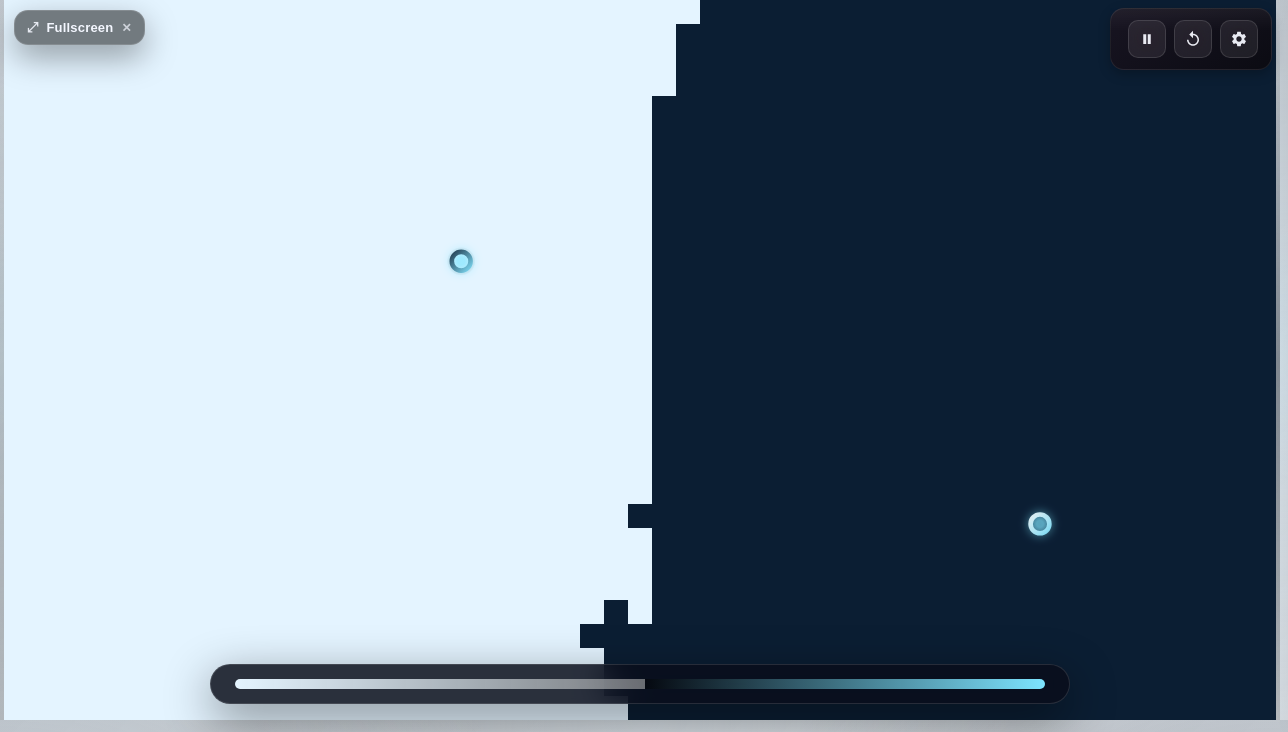
Repository: trevor050/pong
Page: index.html
The author's editor kept a copy of each file at every save. The page is drawn from the files as they stood at one save, then again after the next save.
The browser window is 1280 px wide. The page is 1288 px wide, so the pictures cover 1288 px, including what lies to the right of the window. The pictures show the whole page.

Above is the page before, as saved 2025-12-07 02:03:23.

### index.html
<!DOCTYPE html>
<html lang="en">
<head>
  <meta charset="UTF-8">
  <meta name="viewport" content="width=device-width, initial-scale=1.0">
  <title>Day / Nite Drift</title>
  <meta name="description" content="A calmer Pong Wars loop made for second screens.">
  <meta name="theme-color" content="#0b3a67">
  <meta name="mobile-web-app-capable" content="yes">
  <meta name="apple-mobile-web-app-capable" content="yes">
  <link rel="preconnect" href="https://fonts.googleapis.com">
  <link rel="preconnect" href="https://fonts.gstatic.com" crossorigin>
  <link href="https://fonts.googleapis.com/css2?family=Space+Grotesk:wght@400;500;600&family=Manrope:wght@400;600&display=swap" rel="stylesheet">
  <link rel="stylesheet" href="styles.css">
</head>
<body>
  <div class="bg"></div>
  <div class="chrome-controls" id="chromeControls">
    <button id="playPauseBtn" class="glass-icon" data-state="playing" aria-label="Pause" title="Pause">
      <svg class="icon-svg icon-play" viewBox="0 0 24 24" aria-hidden="true"><path d="M7 5.5v13l11-6.5L7 5.5Z" /></svg>
      <svg class="icon-svg icon-pause" viewBox="0 0 24 24" aria-hidden="true"><path d="M7 5.5h4v13H7zm6 0h4v13h-4z" /></svg>
    </button>
    <button id="resetBtn" class="glass-icon" aria-label="Reset simulation" title="Reset simulation">
      <svg class="icon-svg" viewBox="0 0 24 24" aria-hidden="true"><path d="M12 5V1L7 6l5 5V7c3.31 0 6 2.69 6 6s-2.69 6-6 6-6-2.69-6-6H4c0 4.42 3.58 8 8 8s8-3.58 8-8-3.58-8-8-8z"/></svg>
    </button>
    <button id="configBtn" class="glass-icon" aria-label="Open settings" title="Settings">
      <svg class="icon-svg" viewBox="0 0 24 24" fill="currentColor" aria-hidden="true"><path d="M19.14,12.94c0.04-0.3,0.06-0.61,0.06-0.94c0-0.32-0.02-0.64-0.07-0.94l2.03-1.58c0.18-0.14,0.23-0.41,0.12-0.61 l-1.92-3.32c-0.12-0.22-0.37-0.29-0.59-0.22l-2.39,0.96c-0.5-0.38-1.03-0.7-1.62-0.94L14.4,2.81c-0.04-0.24-0.24-0.41-0.48-0.41 h-3.84c-0.24,0-0.43,0.17-0.47,0.41L9.25,5.35C8.66,5.59,8.12,5.92,7.63,6.29L5.24,5.33c-0.22-0.08-0.47,0-0.59,0.22L2.74,8.87 C2.62,9.08,2.66,9.34,2.86,9.48l2.03,1.58C4.84,11.36,4.8,11.69,4.8,12s0.02,0.64,0.07,0.94l-2.03,1.58 c-0.18,0.14-0.23,0.41-0.12,0.61l1.92,3.32c0.12,0.22,0.37,0.29,0.59,0.22l2.39-0.96c0.5,0.38,1.03,0.7,1.62,0.94l0.36,2.54 c0.05,0.24,0.24,0.41,0.48,0.41h3.84c0.24,0,0.44-0.17,0.47-0.41l0.36-2.54c0.59-0.24,1.13-0.56,1.62-0.94l2.39,0.96 c0.22,0.08,0.47,0,0.59-0.22l1.92-3.32c0.12-0.22,0.07-0.47-0.12-0.61L19.14,12.94z M12,15.6c-1.98,0-3.6-1.62-3.6-3.6 s1.62-3.6,3.6-3.6s3.6,1.62,3.6,3.6S13.98,15.6,12,15.6z"/></svg>
    </button>
  </div>
  <main class="shell">
    <div class="canvas-frame" id="canvasFrame">
      <canvas id="gameCanvas" width="720" height="720"></canvas>
      <button class="fullscreen-hint" id="fullscreenHint" title="Enter fullscreen" aria-label="Enter fullscreen">
        <span class="hint-icon">⤢</span> <span class="hint-text">Fullscreen</span> <span class="hint-dismiss">✕</span>
      </button>
      <div class="score-notch" id="scoreNotch">
        <div class="score-notch__bar">
          <div class="score-notch__day"></div>
          <div class="score-notch__night"></div>
        </div>
        <div class="score-notch__labels">
          <span class="score-pair">
            <span class="pill pill--day" aria-hidden="true"></span>
            <span class="score" id="dayScoreLabel">Day 0</span>
          </span>
          <span class="score-pair">
            <span class="pill pill--night" aria-hidden="true"></span>
            <span class="score" id="nightScoreLabel">Night 0</span>
          </span>
        </div>
      </div>
      <div class="drag-handle corner-handle corner-handle--tl" data-corner="tl"></div>
      <div class="drag-handle corner-handle corner-handle--tr" data-corner="tr"></div>
      <div class="drag-handle corner-handle corner-handle--bl" data-corner="bl"></div>
      <div class="drag-handle corner-handle corner-handle--br" data-corner="br"></div>
    </div>
  </main>

  <div class="drawer-overlay" id="drawerOverlay" aria-hidden="true"></div>
  <aside class="drawer" id="configPanel" aria-label="Settings">
    <div class="drawer__header">
      <div>
        <p class="eyebrow">Settings</p>
        <h2>Dial it in</h2>
      </div>
      <button id="closeConfig" class="icon-btn" aria-label="Close settings" title="Close">×</button>
    </div>

    <div class="drawer__quick">
      <button id="drawerPlayPause" class="chip">Pause</button>
      <button id="drawerReset" class="chip">Reset</button>
      <button id="drawerFullscreen" class="chip">Fullscreen</button>
    </div>

    <label class="field">
      <span>Preset</span>
      <select id="themeSelect"></select>
    </label>

    <div class="field grid">
      <label>
        <span>Day</span>
        <input type="color" id="dayColorInput" value="#e4f4ff">
      </label>
      <label>
        <span>Night</span>
        <input type="color" id="nightColorInput" value="#0b1e33">
      </label>
    </div>

    <div class="field slider-field" title="Tile size / density">
      <div>
        <span>Tile size</span>
        <small id="tileSizeValue">22px</small>
      </div>
      <input type="range" id="tileSizeInput" min="0" max="100" step="1" value="45">
    </div>

    <div class="field slider-field" title="Overall speed mood (lofi → push)">
      <div>
        <span>Speed mood</span>
        <small id="speedValue">1.00x</small>
      </div>
      <input type="range" id="speedInput" min="0" max="100" step="1" value="40">
    </div>

    <div class="field slider-field" title="Chaos / wobble: more randomness to motion">
      <div>
        <span>Chaos / wobble</span>
        <small id="chaosValue">0.14</small>
      </div>
      <input type="range" id="chaosInput" min="0" max="100" step="1" value="40">
    </div>

        <div class="field">
      <span>Ball style</span>
      <select id="ballStyleSelect">
        <option value="ring">Neon Glow</option>
        <option value="solid">Solid Fill</option>
        <option value="design">Geometric</option>
        <option value="artsy">Motion Trail</option>
      </select>
    </div>

    <div class="drawer__actions">
      <button id="scatterBtn" class="chip">Scatter start</button>
      <button id="swapSidesBtn" class="chip">Swap sides</button>
    </div>
  </aside>

  <script src="script.js" defer></script>
</body>
</html>

### styles.css
:root {
  --day: #f7f2e9;
  --night: #0b3a67;
  --accent: #f08c42;
  --ink: #0c1224;
  --muted: #9aa3b2;
  --panel: rgba(8, 12, 22, 0.78);
  --frost: rgba(255, 255, 255, 0.08);
  --frost-strong: rgba(255, 255, 255, 0.12);
  --radius: 16px;
  --glow: 0 16px 44px rgba(0, 0, 0, 0.5);
  --chrome-panel: rgba(26, 20, 32, 0.92);
  --chrome-panel-highlight: rgba(255, 255, 255, 0.05);
}

*,
*::before,
*::after {
  box-sizing: border-box;
}

body {
  margin: 0;
  min-height: 100vh;
  font-family: "Space Grotesk", "Manrope", system-ui, -apple-system, sans-serif;
  background: radial-gradient(120% 120% at 12% 10%, #0c1526, #050911 55%, #03070f 100%);
  color: #e9edf5;
  overflow: hidden;
}

.bg {
  position: fixed;
  inset: 0;
  pointer-events: none;
  background: radial-gradient(80% 70% at 18% 12%, rgba(255, 255, 255, 0.12), transparent 42%),
    radial-gradient(70% 70% at 78% 10%, rgba(255, 255, 255, 0.08), transparent 38%),
    radial-gradient(120% 120% at 50% 82%, rgba(0, 0, 0, 0.45), transparent 78%);
  opacity: 0.8;
}

.chrome-controls {
  position: fixed;
  top: 14px;
  right: 16px;
  display: flex;
  gap: 10px;
  z-index: 10;
  align-items: center;
  padding: 10px 12px;
}

.chrome-controls::before {
  content: "";
  position: absolute;
  inset: 0;
  border-radius: 14px;
  background: linear-gradient(145deg, var(--chrome-panel), rgba(12, 10, 16, 0.92));
  border: 1px solid rgba(255, 255, 255, 0.08);
  box-shadow: 0 4px 12px rgba(0, 0, 0, 0.25);
  backdrop-filter: blur(16px) saturate(115%);
  pointer-events: none;
  z-index: 0;
}

.chrome-controls::after {
  content: "";
  position: absolute;
  inset: 0;
  border-radius: 14px;
  background: linear-gradient(180deg, rgba(255, 255, 255, 0.05), transparent 40%);
  pointer-events: none;
  z-index: 0;
}

.chrome-controls > * {
  position: relative;
  z-index: 1;
}

.chrome-controls.hidden {
  opacity: 0;
  pointer-events: none;
}

.is-immersive .chrome-controls {
  right: 8px;
  top: 8px;
  padding: 12px 14px 12px 18px;
  gap: 8px;
  backdrop-filter: blur(12px) saturate(120%);
}

.is-immersive .glass-icon {
  width: 38px;
  height: 38px;
  border-radius: 10px;
  background: rgba(255,255,255,0.08);
  border: 1px solid rgba(255, 255, 255, 0.12);
  box-shadow: none;
}

.is-immersive .icon-svg {
  width: 18px;
  height: 18px;
}

.is-immersive .score-notch {
  position: fixed;
  left: 50%;
  transform: translateX(-50%);
  bottom: 28px;
  width: 420px;
  max-width: 420px;
  background: rgba(10, 14, 26, 0.85);
  border: 1px solid rgba(255, 255, 255, 0.12);
  border-radius: 20px;
  padding: 14px 24px;
  backdrop-filter: blur(16px) saturate(130%);
  box-shadow: 0 12px 40px rgba(0, 0, 0, 0.6);
}

.is-immersive .score-notch__labels {
  display: none;
}

.is-immersive .score-notch__bar {
  height: 10px;
  background: rgba(0, 0, 0, 0.3);
  margin-bottom: 0;
}

.shell {
  display: grid;
  place-items: center;
  padding: 0;
  height: 100vh;
}

.is-immersive .shell {
  align-items: start;
  justify-items: center;
}

.canvas-frame {
  position: relative;
  border-radius: var(--radius);
  background: linear-gradient(150deg, rgba(255, 255, 255, 0.06), rgba(255, 255, 255, 0.02));
  border: 1px solid rgba(255, 255, 255, 0.08);
  backdrop-filter: blur(10px) saturate(120%);
  box-shadow: 0 18px 60px rgba(0, 0, 0, 0.48), inset 0 1px 0 rgba(255, 255, 255, 0.05);
  overflow: visible;
  display: flex;
  align-items: center;
  justify-content: center;
  min-width: 420px;
  min-height: 420px;
  max-width: calc(100vw - 48px);
  max-height: calc(100vh - 48px);
  isolation: isolate;
}

.canvas-frame::after {
  content: "";
  position: absolute;
  left: 50%;
  transform: translateX(-50%);
  bottom: -68px;
  width: 340px;
  height: 68px;
  border-radius: 0 0 28px 28px;
  background: linear-gradient(180deg, rgba(10, 14, 26, 0.95), rgba(6, 10, 20, 0.98));
  border: 1px solid rgba(255, 255, 255, 0.1);
  box-shadow: 0 18px 60px rgba(0, 0, 0, 0.45);
  backdrop-filter: blur(20px) saturate(130%);
  pointer-events: none;
  z-index: 0;
}

canvas {
  width: 100%;
  height: 100%;
  display: block;
  image-rendering: crisp-edges;
  border-radius: var(--radius);
  position: relative;
  z-index: 1;
}

.score-notch {
  position: absolute;
  left: 50%;
  transform: translateX(-50%);
  bottom: -54px;
  width: 300px;
  background: transparent;
  border: none;
  padding: 10px 20px;
  box-shadow: none;
  backdrop-filter: none;
  z-index: 5;
  pointer-events: none;
}

.score-notch::before {
  display: none;
}

.score-notch.overlay {
  left: 12px;
  right: 12px;
  transform: none;
  bottom: 12px;
  width: auto;
  border-radius: 18px;
}

.score-notch.overlay::before {
  display: none;
}

.is-immersive .canvas-frame {
  max-width: 100vw;
  max-height: 100vh;
  border-radius: 0;
  border: none;
  background: transparent;
  backdrop-filter: none;
  box-shadow: none;
}

.is-immersive .canvas-frame::after {
  display: none;
}

.is-immersive canvas {
  border-radius: 0;
}

.is-immersive .score-notch {
  position: fixed;
  left: 50%;
  transform: translateX(-50%);
  bottom: 24px;
  width: min(860px, 86vw);
  max-width: none;
  border-radius: 20px;
  box-shadow: 0 14px 48px rgba(0, 0, 0, 0.45);
}

.is-immersive .score-notch::before {
  display: none;
}

.is-immersive .score-notch.overlay {
  bottom: 16px;
}

/* Removed .is-immersive .score-notch__labels and .is-immersive .score-notch__bar overrides as they are handled above */

.score-notch__bar {
  position: relative;
  height: 8px;
  border-radius: 999px;
  overflow: hidden;
  background: rgba(0, 0, 0, 0.3);
  margin-bottom: 10px;
}

.score-notch__day,
.score-notch__night {
  position: absolute;
  top: 0;
  bottom: 0;
}

.score-notch__day {
  left: 0;
  background: linear-gradient(90deg, var(--day), rgba(255, 255, 255, 0.4));
}

.score-notch__night {
  right: 0;
  background: linear-gradient(90deg, rgba(0, 0, 0, 0.2), var(--accent));
}

.score-notch__labels {
  display: flex;
  justify-content: space-between;
  align-items: center;
  gap: 8px;
}

.score {
  font-weight: 600;
  letter-spacing: 0.3px;
  font-size: 13px;
  color: #f5f8ff;
}

.score-pair {
  display: inline-flex;
  align-items: center;
  gap: 6px;
  padding: 4px 8px;
  border-radius: 12px;
  background: rgba(255, 255, 255, 0.06);
  border: 1px solid rgba(255, 255, 255, 0.1);
}

.pill {
  width: 12px;
  height: 12px;
  border-radius: 50%;
  border: 1px solid rgba(255, 255, 255, 0.5);
  box-shadow: 0 0 0 2px rgba(255, 255, 255, 0.05);
}

.pill--day {
  background: var(--day);
}

.pill--night {
  background: var(--night);
}

.chip {
  border: 1px solid rgba(255, 255, 255, 0.15);
  background: rgba(255, 255, 255, 0.04);
  color: #f9fbff;
  padding: 10px 16px;
  border-radius: 999px;
  font-weight: 600;
  letter-spacing: 0.2px;
  cursor: pointer;
  box-shadow: 0 10px 24px rgba(0, 0, 0, 0.28);
  white-space: nowrap;
  display: flex;
  align-items: center;
  justify-content: center;
}

.chip--accent {
  background: var(--accent);
  color: #0d0f1a;
  border: none;
}

.glass-icon {
  width: 46px;
  height: 46px;
  border-radius: 14px;
  border: 1px solid rgba(255, 255, 255, 0.18);
  background: linear-gradient(150deg, rgba(255, 255, 255, 0.18), rgba(255, 255, 255, 0.06));
  color: #f6f8ff;
  box-shadow: 0 10px 26px rgba(0, 0, 0, 0.3), inset 0 1px 0 rgba(255, 255, 255, 0.2);
  backdrop-filter: blur(12px) saturate(120%);
  display: grid;
  place-items: center;
  cursor: pointer;
  transition: transform 120ms ease, box-shadow 120ms ease, border-color 120ms ease;
}

.glass-icon--accent {
  background: linear-gradient(150deg, rgba(240, 140, 66, 0.4), rgba(255, 255, 255, 0.08));
  border-color: rgba(240, 140, 66, 0.5);
  color: #0f0c11;
}

.glass-icon.is-active {
  box-shadow: 0 12px 30px rgba(0, 0, 0, 0.4);
  border-color: rgba(255, 255, 255, 0.3);
}

.glass-icon:hover {
  transform: translateY(-1px);
  box-shadow: 0 14px 30px rgba(0, 0, 0, 0.34);
}

.glass-icon:active {
  transform: translateY(0);
}

.icon-svg {
  width: 22px;
  height: 22px;
  fill: currentColor;
  opacity: 0.94;
}

#playPauseBtn[data-state="playing"] .icon-play {
  display: none;
}

#playPauseBtn[data-state="paused"] .icon-pause {
  display: none;
}

body.drawer-open #chromeControls {
  opacity: 0;
  pointer-events: none;
}

.drawer {
  position: fixed;
  top: 0;
  right: -360px;
  width: 320px;
  height: 100vh;
  padding: 18px 18px 22px;
  background: var(--panel);
  backdrop-filter: blur(14px) saturate(120%);
  border-left: 1px solid rgba(255, 255, 255, 0.08);
  box-shadow: -8px 0 30px rgba(0, 0, 0, 0.35);
  display: flex;
  flex-direction: column;
  gap: 12px;
  transition: right 0.18s ease-out;
  z-index: 9;
}

.drawer-overlay {
  position: fixed;
  inset: 0;
  background: rgba(0, 0, 0, 0.36);
  backdrop-filter: blur(4px);
  opacity: 0;
  pointer-events: none;
  transition: opacity 0.18s ease-out;
  z-index: 8;
}

.drawer-overlay.visible {
  opacity: 1;
  pointer-events: auto;
}

.drawer__quick {
  display: grid;
  grid-template-columns: repeat(3, minmax(0, 1fr));
  gap: 8px;
}

.drawer.open {
  right: 0;
}

.drawer__header {
  display: flex;
  justify-content: space-between;
  align-items: center;
  gap: 10px;
}

.eyebrow {
  text-transform: uppercase;
  letter-spacing: 1.2px;
  font-size: 11px;
  color: var(--muted);
  margin: 0 0 4px;
}

h2 {
  margin: 0;
  font-weight: 600;
  letter-spacing: 0.2px;
}

.field {
  display: flex;
  flex-direction: column;
  gap: 8px;
}

.field + .field {
  margin-top: 6px;
}

.field span {
  color: #f4f5f7;
  font-weight: 600;
}

.field small {
  color: var(--muted);
}

.field.grid {
  display: grid;
  grid-template-columns: repeat(2, minmax(0, 1fr));
  gap: 10px;
}

.field.grid label {
  gap: 10px;
  padding-top: 6px;
}

input[type="color"],
select,
input[type="range"] {
  width: 100%;
  border-radius: 10px;
  border: 1px solid rgba(255, 255, 255, 0.1);
  background: rgba(255, 255, 255, 0.04);
  color: #f8f9fb;
  padding: 10px;
  font: inherit;
}

input[type="color"] {
  padding: 4px;
  height: 44px;
}

select {
  cursor: pointer;
}

.slider-field input[type="range"] {
  -webkit-appearance: none;
  appearance: none;
  height: 12px;
  background: rgba(255, 255, 255, 0.1);
  border-radius: 999px;
  padding: 0;
}

.slider-field input[type="range"]::-webkit-slider-thumb {
  -webkit-appearance: none;
  appearance: none;
  width: 20px;
  height: 20px;
  border-radius: 50%;
  background: var(--accent);
  border: 2px solid #0c1224;
  cursor: pointer;
}

.slider-field input[type="range"]::-moz-range-thumb {
  width: 20px;
  height: 20px;
  border-radius: 50%;
  background: var(--accent);
  border: 2px solid #0c1224;
  cursor: pointer;
}

.drawer__actions {
  display: flex;
  gap: 8px;
  margin-top: auto;
}

.icon-btn {
  width: 32px;
  height: 32px;
  border-radius: 10px;
  border: 1px solid rgba(255, 255, 255, 0.18);
  background: rgba(255, 255, 255, 0.06);
  color: #f9fafc;
  font-size: 20px;
  cursor: pointer;
  box-shadow: 0 8px 22px rgba(0, 0, 0, 0.28);
}

.drag-handle {
  position: absolute;
  background: transparent;
  z-index: 5;
}

.corner-handle {
  width: 32px;
  height: 32px;
  border-radius: 50%;
  border: none;
  background: transparent;
  box-shadow: none;
  display: grid;
  place-items: center;
}

.corner-handle::after {
  content: "";
  display: none;
}

.corner-handle--tl {
  top: -12px;
  left: -12px;
  cursor: nwse-resize;
}

.corner-handle--tr {
  top: -12px;
  right: -12px;
  cursor: nesw-resize;
}

.corner-handle--bl {
  bottom: -12px;
  left: -12px;
  cursor: nesw-resize;
}

.corner-handle--br {
  bottom: -12px;
  right: -12px;
  cursor: nwse-resize;
}

.fullscreen-hint {
  position: absolute;
  top: 10px;
  left: 10px;
  padding: 8px 12px;
  border-radius: 14px;
  border: 1px solid rgba(255, 255, 255, 0.14);
  background: rgba(0, 0, 0, 0.5);
  color: #f4f7ff;
  font-weight: 600;
  letter-spacing: 0.2px;
  box-shadow: 0 12px 32px rgba(0, 0, 0, 0.36);
  display: flex;
  align-items: center;
  gap: 8px;
  cursor: pointer;
  opacity: 0;
  pointer-events: none;
  transition: opacity 140ms ease, transform 140ms ease;
  transform: translateY(-4px);
  z-index: 3;
}

.fullscreen-hint.visible {
  opacity: 1;
  pointer-events: auto;
  transform: translateY(0);
}

.hint-icon {
  font-size: 14px;
  opacity: 0.9;
}

.hint-text {
  font-size: 13px;
}

.hint-dismiss {
  font-size: 12px;
  opacity: 0.7;
}

.field span {
  padding-bottom: 2px;
  line-height: 1.25;
}

@media (max-width: 900px) {
  .shell {
    padding: 12px;
  }

  .canvas-frame {
    max-width: 95vw;
    max-height: 70vh;
  }

  .drawer {
    width: 100%;
    right: -100%;
  }
}

Loaded but not shown: script.js (862 lines, source omitted)

After the next save:
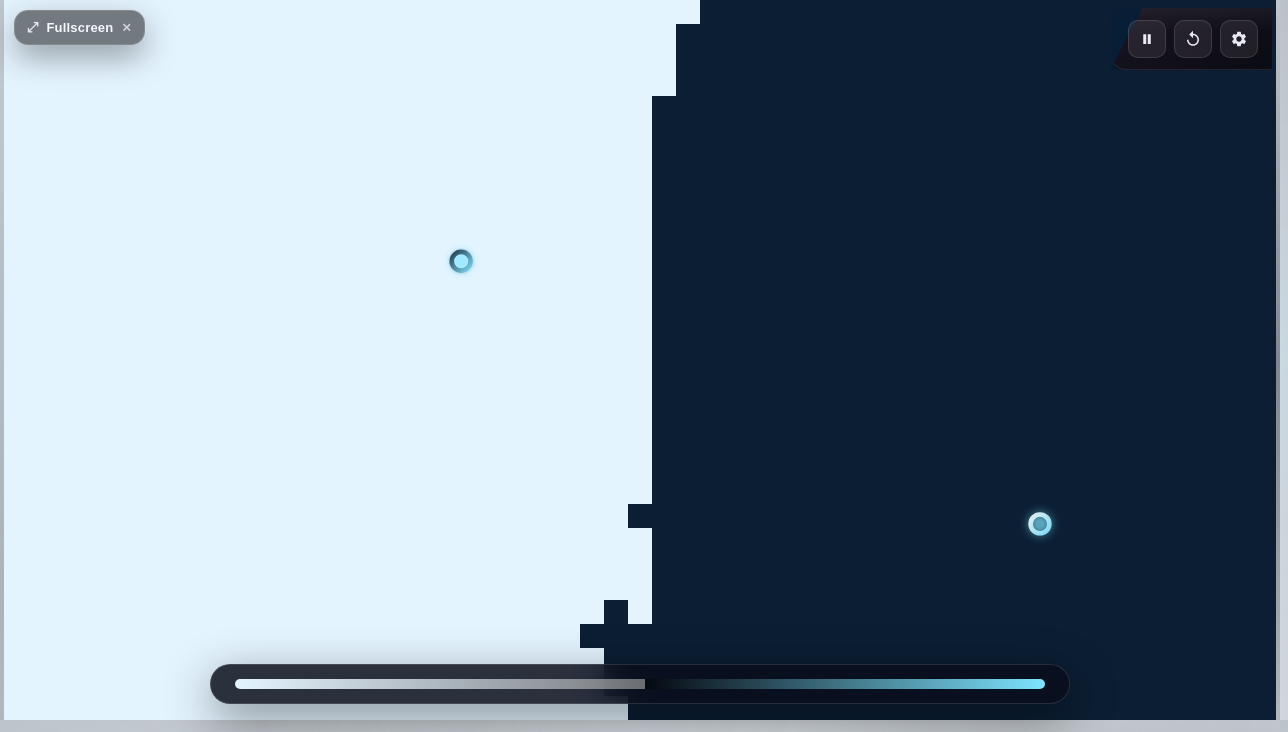
Saved 11 s later.
--- a/styles.css
+++ b/styles.css
@@ -40,23 +40,25 @@
 
 .chrome-controls {
   position: fixed;
-  top: 14px;
-  right: 16px;
+  top: 0;
+  right: 0;
   display: flex;
   gap: 10px;
   z-index: 10;
   align-items: center;
-  padding: 10px 12px;
+  padding: 14px 16px 14px 24px;
 }
 
 .chrome-controls::before {
   content: "";
   position: absolute;
   inset: 0;
-  border-radius: 14px;
+  border-radius: 0 0 0 16px;
   background: linear-gradient(145deg, var(--chrome-panel), rgba(12, 10, 16, 0.92));
-  border: 1px solid rgba(255, 255, 255, 0.08);
+  border-left: 1px solid rgba(255, 255, 255, 0.08);
+  border-bottom: 1px solid rgba(255, 255, 255, 0.08);
   box-shadow: 0 4px 12px rgba(0, 0, 0, 0.25);
+  clip-path: polygon(20% 0%, 100% 0%, 100% 100%, 0% 100%);
   backdrop-filter: blur(16px) saturate(115%);
   pointer-events: none;
   z-index: 0;
@@ -66,8 +68,9 @@
   content: "";
   position: absolute;
   inset: 0;
-  border-radius: 14px;
+  border-radius: 0 0 0 16px;
   background: linear-gradient(180deg, rgba(255, 255, 255, 0.05), transparent 40%);
+  clip-path: polygon(20% 0%, 100% 0%, 100% 100%, 0% 100%);
   pointer-events: none;
   z-index: 0;
 }

After the save that followed:
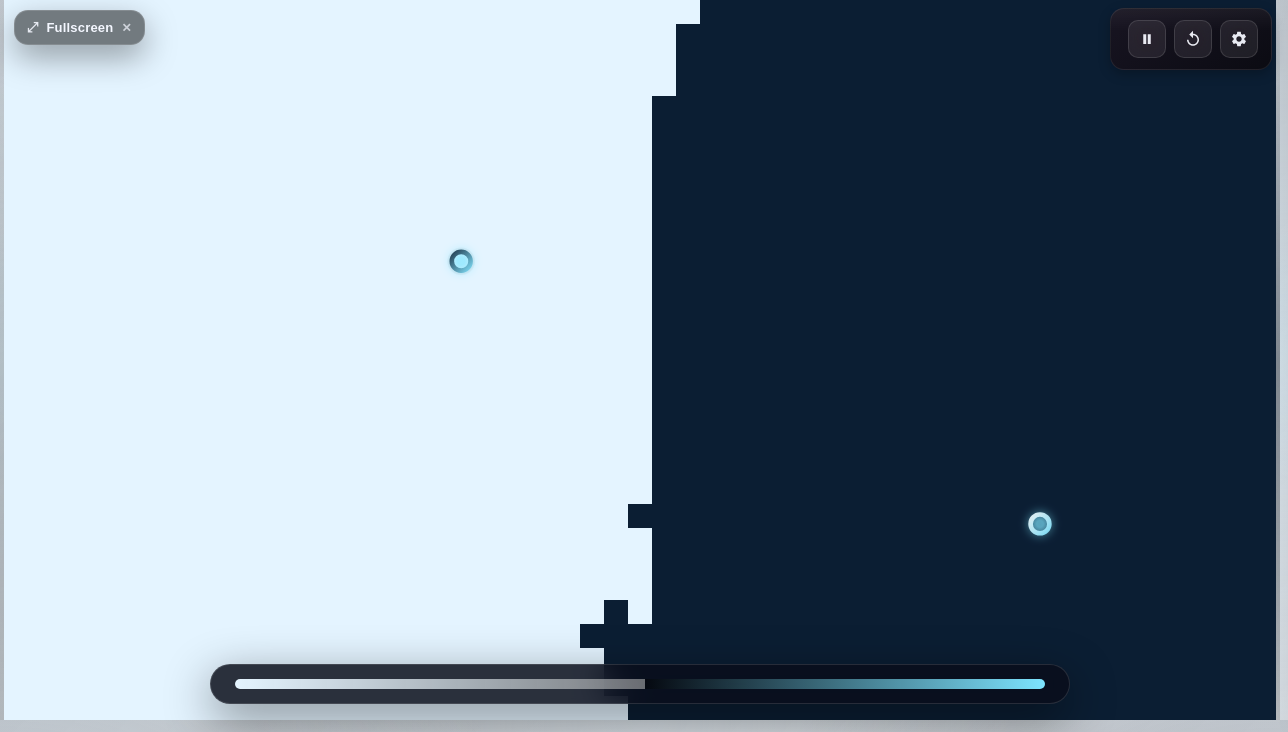
Saved 24 s later.
--- a/styles.css
+++ b/styles.css
@@ -40,25 +40,23 @@
 
 .chrome-controls {
   position: fixed;
-  top: 0;
-  right: 0;
+  top: 14px;
+  right: 16px;
   display: flex;
   gap: 10px;
   z-index: 10;
   align-items: center;
-  padding: 14px 16px 14px 24px;
+  padding: 10px 12px;
 }
 
 .chrome-controls::before {
   content: "";
   position: absolute;
   inset: 0;
-  border-radius: 0 0 0 16px;
+  border-radius: 14px;
   background: linear-gradient(145deg, var(--chrome-panel), rgba(12, 10, 16, 0.92));
-  border-left: 1px solid rgba(255, 255, 255, 0.08);
-  border-bottom: 1px solid rgba(255, 255, 255, 0.08);
+  border: 1px solid rgba(255, 255, 255, 0.08);
   box-shadow: 0 4px 12px rgba(0, 0, 0, 0.25);
-  clip-path: polygon(20% 0%, 100% 0%, 100% 100%, 0% 100%);
   backdrop-filter: blur(16px) saturate(115%);
   pointer-events: none;
   z-index: 0;
@@ -68,9 +66,8 @@
   content: "";
   position: absolute;
   inset: 0;
-  border-radius: 0 0 0 16px;
+  border-radius: 14px;
   background: linear-gradient(180deg, rgba(255, 255, 255, 0.05), transparent 40%);
-  clip-path: polygon(20% 0%, 100% 0%, 100% 100%, 0% 100%);
   pointer-events: none;
   z-index: 0;
 }
